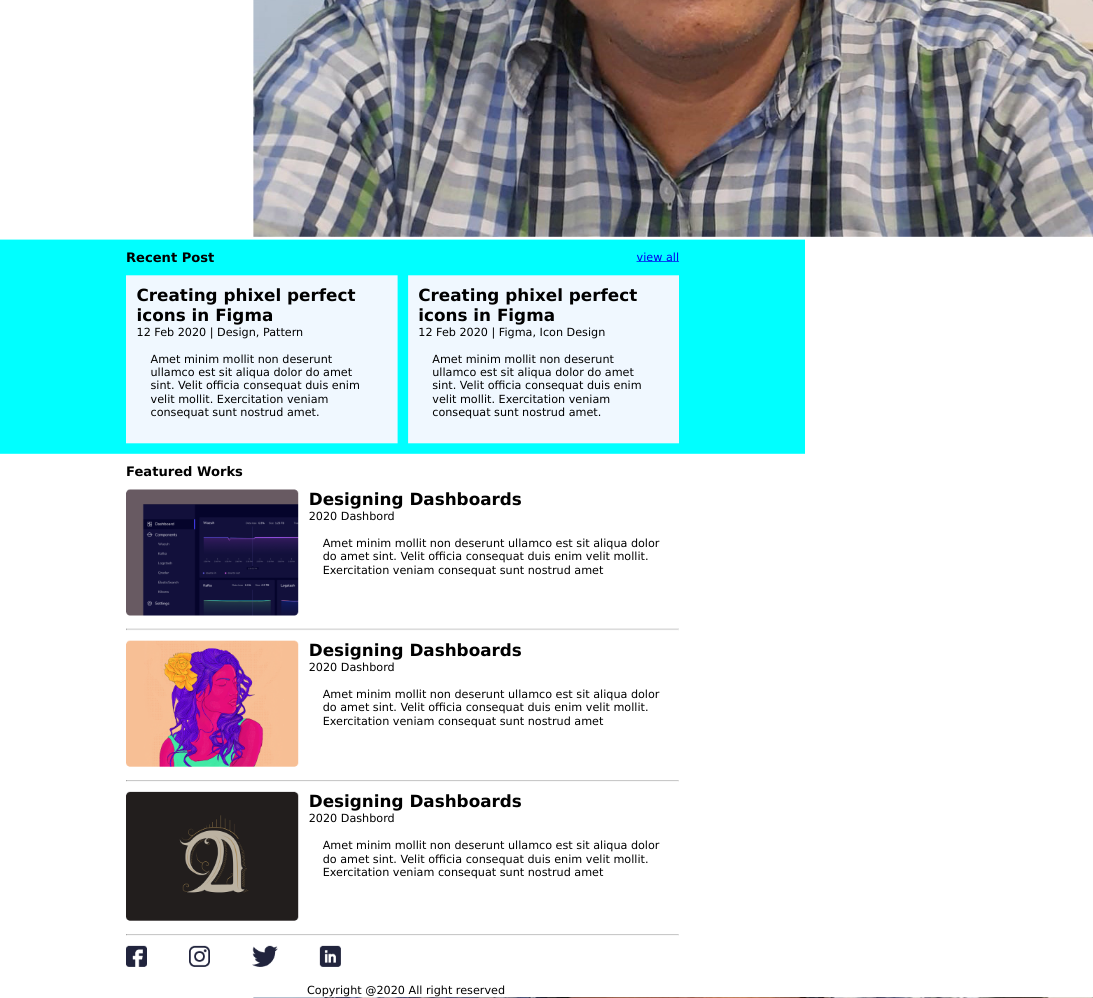
Repository: jafetdn73/portofolio
Page: index.html
An editor plug-in stored every save of this project. The page is shown before and after the next save, followed by the edit.
The browser window is 1280 px wide. The page is 1562 px wide, so the pictures cover 1562 px, including what lies to the right of the window. The pictures show the part of the page from y = 1055 to 2615 px (the page is 2480 px tall before and 2615 px after), at 70% of full size.

Above is the page before, as saved 2022-02-23 16:17:37.

### index.html
<!DOCTYPE html>
<html lang="en">
<head>
    <meta charset="UTF-8">
    <meta http-equiv="X-UA-Compatible" content="IE=edge">
    <meta name="viewport" content="width=device-width, initial-scale=1.0">
    <link rel="stylesheet" href="figma.css">
    <title>Belajar HTML CSS</title>
</head>
<body>
    <div class="container">
        <!-- Start Menu Bar -->
        <div class="menu-bar">
            <ul>
                <li>
                    Work
                </li>
                <li>
                    Blog
                </li>
                <li>
                    Contact
                </li>
            </ul>
        </div>
        <!-- Starr Hero -->
        <div class="hero">
            <div class="hero-text">
                <h1>Hi, I am Jafet,<br/>
                    Fullstack Engineer
                </h1>
                <p>
                    Amet minim mollit non deserunt ullamco est sit aliqua dolor do amet sint. Velit officia consequat duis enim velit mollit. Exercitation veniam consequat sunt nostrud amet.
                </p>
                <button>Download Resume</button>
            </div>
            <div class="hero-image">
                <img src="jafet.png"/>
            </div>
        </div>
        <!-- Start Post -->
        <div class="post">
            <div class="post-navi">
                <h3>Recent Post</h3>
                <a href="http://detik.com">view all</a>
            </div>
            <div class="post-content">
                <div class="post-content-detail">
                    <h2>Creating phixel perfect icons in Figma</h2>
                    <label>12 Feb 2020</label>
                    <label>|</label>
                    <label>Design, Pattern</label>
                    <p>
                        Amet minim mollit non deserunt ullamco est sit aliqua dolor do amet sint. Velit officia consequat duis enim velit mollit. Exercitation veniam consequat sunt nostrud amet.
                    </p>
                </div>
                <div class="post-content-detail">
                    <h2>Creating phixel perfect icons in Figma</h2>
                    <label>12 Feb 2020</label>
                    <label>|</label>
                    <label>Figma, Icon Design</label>
                    <p>
                        Amet minim mollit non deserunt ullamco est sit aliqua dolor do amet sint. Velit officia consequat duis enim velit mollit. Exercitation veniam consequat sunt nostrud amet.
                    </p>
                </div>
            </div>
        </div>
        <!-- Start Featured -->
        <div class="featured">
            <h3>Featured Works</h3>
            <div class="featured-detail">
                <div class="featured-image">
                    <img src="Rectangle 30.png"/>
                </div>
                <div class="featured-text">
                    <h2>Designing Dashboards</h2>
                    <label>2020</label>
                    <label>Dashbord</label>
                    <p>
                        Amet minim mollit non deserunt ullamco est sit aliqua dolor do amet sint. Velit officia consequat duis enim velit mollit. Exercitation veniam consequat sunt nostrud amet
                    </p>
                </div>
            </div>
            <hr/>
            <div class="featured-detail">
                <div class="featured-image">
                    <img src="Rectangle 32.png"/>
                </div>
                <div class="featured-text">
                    <h2>Designing Dashboards</h2>
                    <label>2020</label>
                    <label>Dashbord</label>
                    <p>
                        Amet minim mollit non deserunt ullamco est sit aliqua dolor do amet sint. Velit officia consequat duis enim velit mollit. Exercitation veniam consequat sunt nostrud amet
                    </p>
                </div>
            </div>
            <hr/>
            <div class="featured-detail">
                <div class="featured-image">
                    <img src="Rectangle 34.png"/>
                </div>
                <div class="featured-text">
                    <h2>Designing Dashboards</h2>
                    <label>2020</label>
                    <label>Dashbord</label>
                    <p>
                        Amet minim mollit non deserunt ullamco est sit aliqua dolor do amet sint. Velit officia consequat duis enim velit mollit. Exercitation veniam consequat sunt nostrud amet
                    </p>
                </div>
            </div>
            <hr/>
        </div>
        <!-- Start Social Media -->
        <div class="social-media"><img src="fb.png"/><img src="insta.png"/><img src="group.png"/><img src="linkedin.png"/></div>
        <div class="copyright">Copyright @2020 All right reserved</div>
    </div>
</body>
</html>

### figma.css
* {
    margin: 0;
    font-family:Verdana, Geneva, Tahoma, sans-serif;
}

.container {
    width: 1150px;
}

.menu-bar {
    display: flex;
    justify-content: flex-end;
    margin-top: 20px;
}

.menu-bar ul li {
    display: inline;
    margin-right: 30px;
    font-size: 20px;
}

/* Start Hero */
.hero {
    display: flex;
    justify-content: space-around;
    margin-top: 150px;
    padding: 0 100px;
}

.hero-text {
    width: 450px;
}

.hero-text h1 {
    font-size: 44px;
    font-weight: 400px;
}

.hero-text p {
    font-size: 16px;
}

.hero-text h1, p, button
{
    margin: 20px;
}

.hero-text button {
    background-color: #FF6464;
    border-style: none;
    padding: 15px;
    font-size: 20px;
    color: white;
}

/* Start Post */
.post {
    background-color:aqua;
    padding:15px 180px;
}

.post-navi {
    display :flex;
    justify-content:space-between ;
}

.post-content {
    display: flex;
    margin-top: 15px;
    gap:15px;
}

.post-content-detail {
    background-color: aliceblue;
    padding:15px;
}

/* Start Featured */
.featured {
    margin : 15px 180px;
    gap:15px;
}

.featured-detail {
    display:flex;
    margin-top: 15px;
    margin-bottom: 15px;
}

.featured-image {
    margin-right: 15px;
}


.social-media{
    margin-top: 150px;
    margin-left: 180px;
    width: 800px;
    text-align: center;
    display: inline;
}

.social-media img {
    margin-right: 60px;
}

.copyright {
    margin-top: 20px;
    margin-left: 180px;
    width: 800px;
    text-align: center;
}

After the next save:
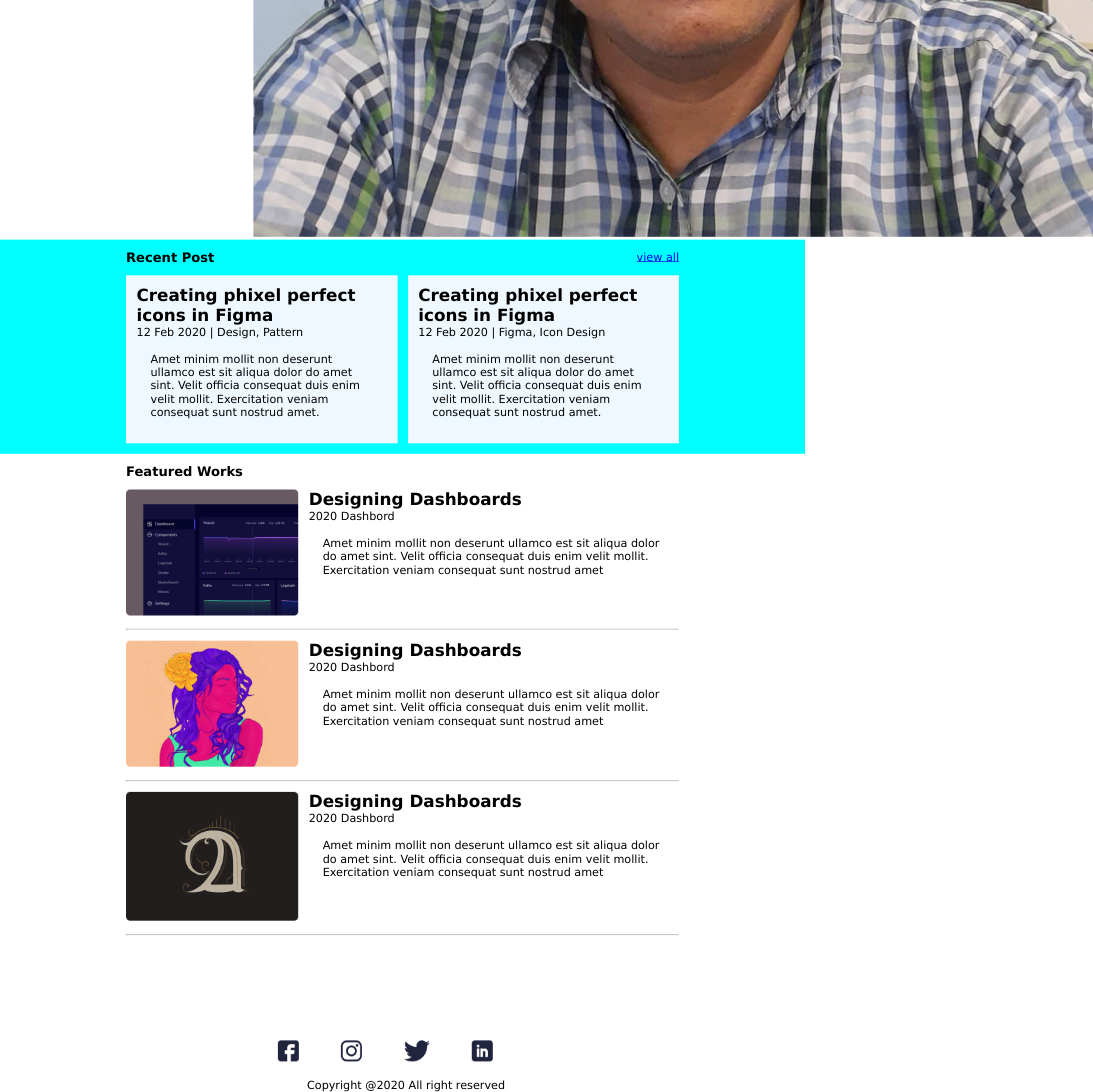
Saved 30 s later.
--- a/figma.css
+++ b/figma.css
@@ -97,7 +97,6 @@
     margin-left: 180px;
     width: 800px;
     text-align: center;
-    display: inline;
 }
 
 .social-media img {
